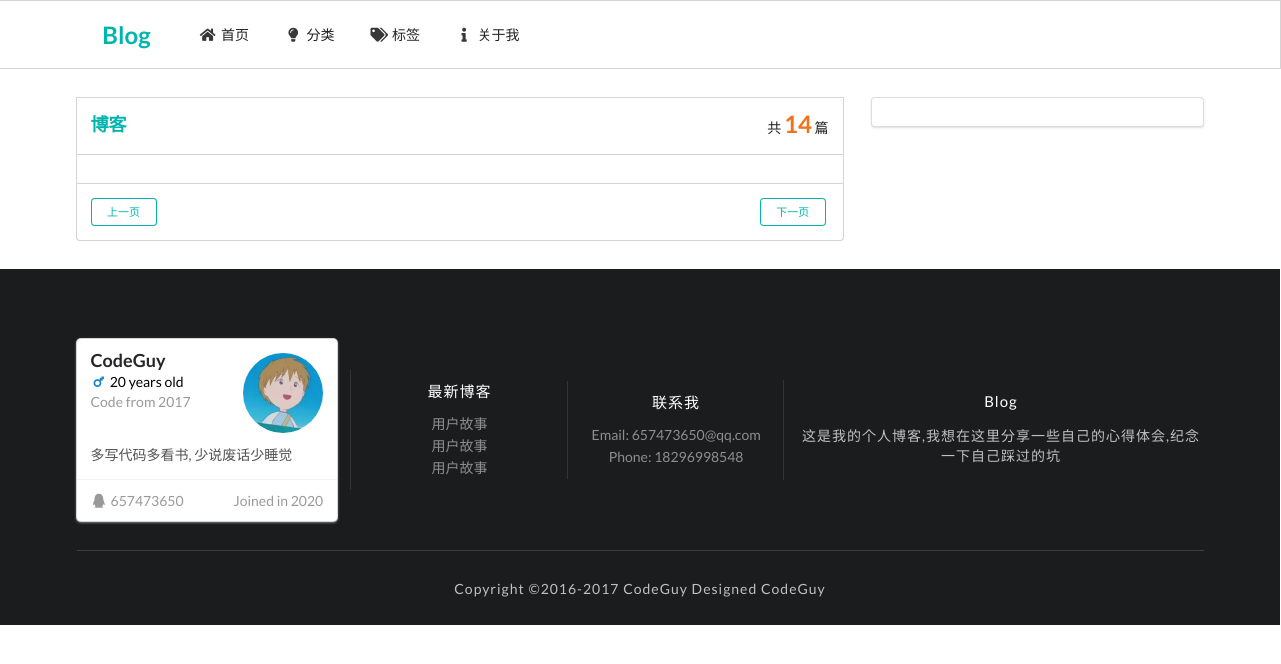
Repository: GOGOHQ/myblog
Page: index.html
These files come from the project's save history. The page is drawn as it stood at one moment and after the next save; the edit follows.
The browser window is 1280 px wide. The page is 1281 px wide, so the pictures cover 1281 px, including what lies to the right of the window. The pictures show the whole page.
Some web libraries are served in a nearby version.

Above is the page before, as saved 2020-01-16 19:13:44.

After the next save:
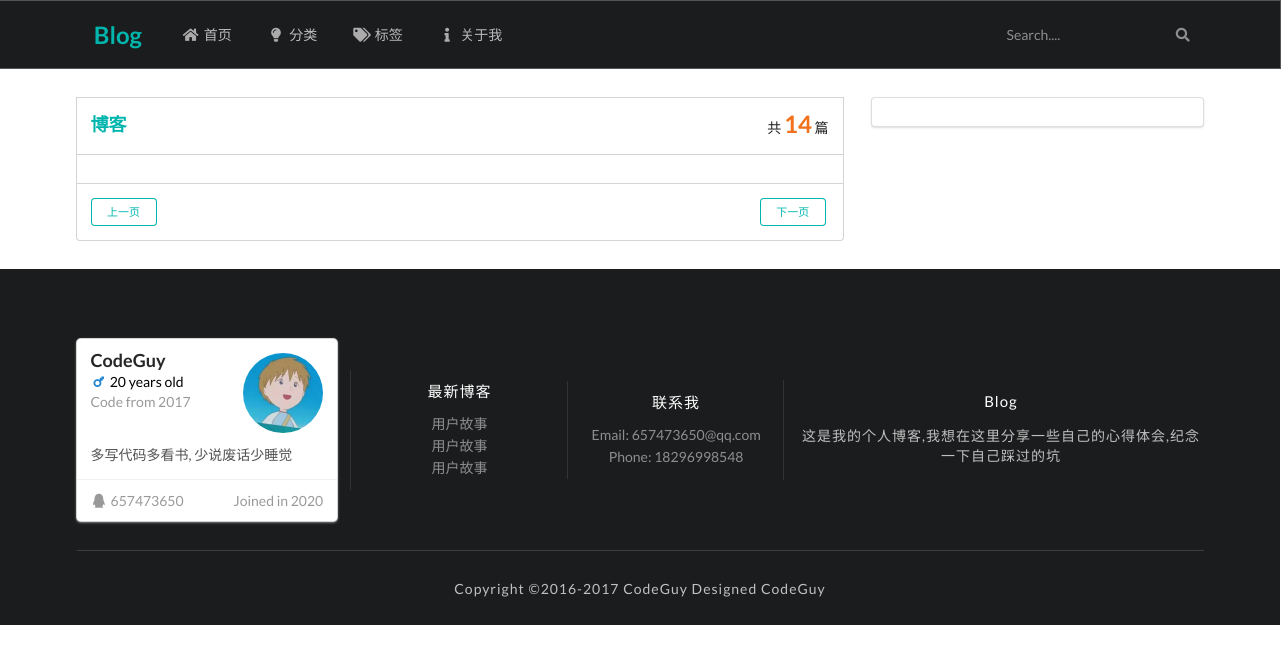
Saved 13 s later.
--- a/index.html
+++ b/index.html
@@ -13,9 +13,9 @@
 
 <body>
 <!-- 导航 -->
-<nav class="ui   attached  segment m-padded-tb-mini">
-    <div class="ui container" style="color:pink">
-        <div class="ui secondary  menu">
+<nav class="ui inverted  attached  segment m-padded-tb-mini">
+    <div class="ui  container">
+        <div class="ui secondary inverted menu">
             <h2 class="ui teal header item">Blog</h2>
             <a href="#" class="item"><i class="home icon"></i>首页</a>
             <a href="#" class="item"><i class="idea icon"></i>分类</a>
